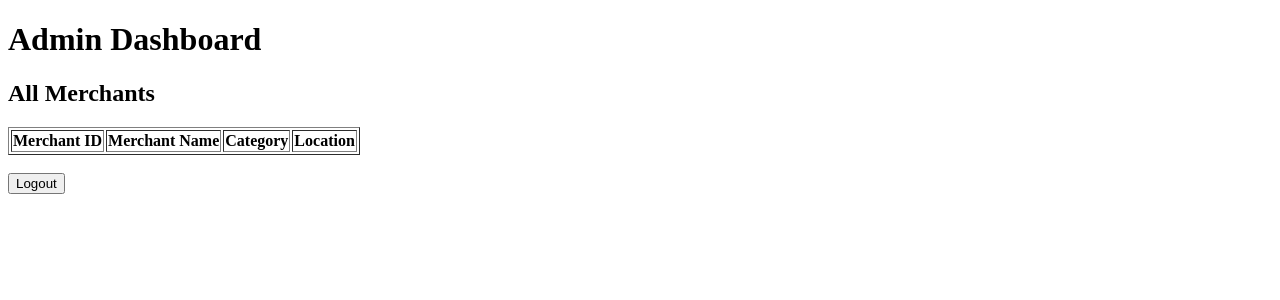
Repository: anusha-muthu/Credit-card-management
Page: Merchant/src/main/resources/static/admin_home.html
These files come from the project's save history. The page is drawn as it stood at one moment and after the next save; the edit follows.
The browser window is 1280 px wide. The pictures show the whole page.
The page's requests for data from a server got no answer.

Above is the page before, as saved 2026-09-27 11:37:51.

### Merchant/src/main/resources/static/admin_home.html
<!DOCTYPE html>
<html>

<head>

    <meta charset="UTF-8">

    <title>Admin Home</title>

</head>

<body>

<h1>Admin Dashboard</h1>

<h2>All Merchants</h2>

<table border="1">

    <thead>

        <tr>

            <th>Merchant ID</th>
            <th>Merchant Name</th>
            <th>Category</th>
            <th>Location</th>
           <!-- <th>Action</th>-->

        </tr>

    </thead>

    <tbody id="merchantTable">

    </tbody>

</table>


<br>

<form action="/logout" method="post">

    <button type="submit">
        Logout
    </button>

</form>


<script>

function loadMerchants() {

    fetch("/api/admin/merchants")

    .then(response => {

        if (!response.ok) {
            throw new Error("Unable to load merchants");
        }

        return response.json();

    })

    .then(merchants => {

        const table =
            document.getElementById("merchantTable");

        table.innerHTML = "";


        merchants.forEach(merchant => {

            const row =
                document.createElement("tr");


            row.innerHTML = `

                <td>${merchant.merchantId}</td>

                <td>${merchant.merchantName}</td>

                <td>${merchant.category}</td>

                <td>${merchant.location}</td>

                <td>
                    <button
                        onclick="deleteMerchant(
                            ${merchant.merchantId})">

                        Delete

                    </button>
                </td>

            `;


            table.appendChild(row);

        });

    })

    .catch(error => {

        alert(error.message);

    });
}

loadMerchants();
function deleteMerchant(merchantId) {

    const confirmDelete =
        confirm(
            "Are you sure you want to delete this merchant?"
        );


    if (!confirmDelete) {

        return;

    }


    fetch(
        `/api/admin/merchants/${merchantId}`,
        {
            method: "DELETE"
        }
    )

    .then(response => {

        if (!response.ok) {

            throw new Error(
                "Failed to delete merchant"
            );

        }

        return response.text();

    })

    .then(message => {

        alert(message);

        loadMerchants();

    })

    .catch(error => {

        alert(error.message);

    });

}


</script>

</body>
</html>

After the next save:
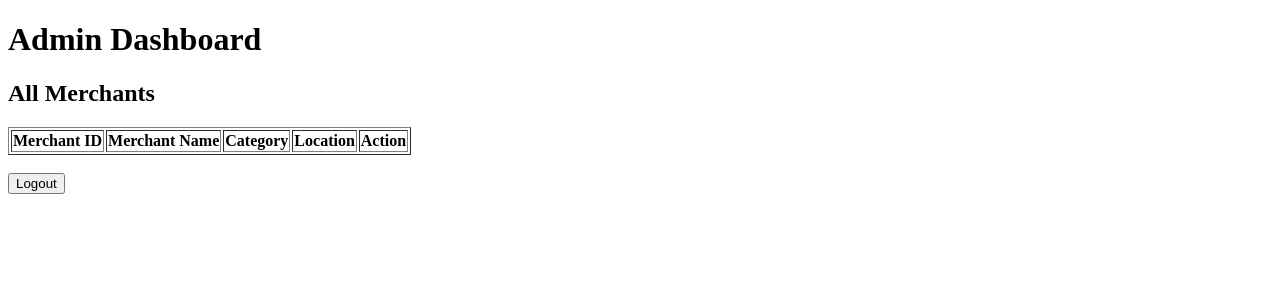
Saved 75 s later.
--- a/Merchant/src/main/resources/static/admin_home.html
+++ b/Merchant/src/main/resources/static/admin_home.html
@@ -25,7 +25,7 @@
             <th>Merchant Name</th>
             <th>Category</th>
             <th>Location</th>
-           <!-- <th>Action</th>-->
+            <th>Action</th>
 
         </tr>
 
